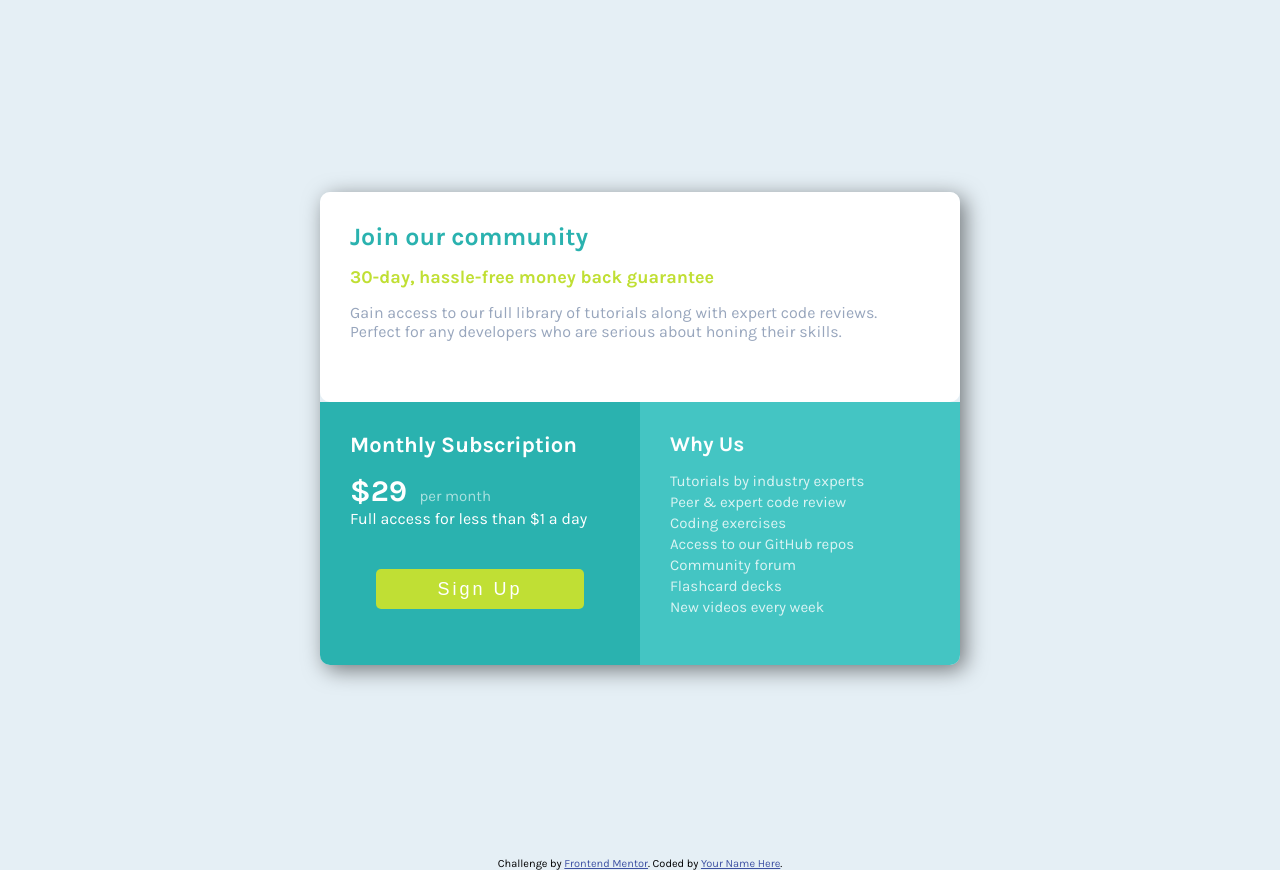
Repository: Pedrohamoura-Git/Frontend-Mentor-Challenges
Page: Newbie/single-price-grid-component-master/index.html
These files come from the project's save history. The page is drawn as it stood at one moment and after the next save; the edit follows.
The browser window is 1280 px wide. The pictures show the whole page.

Above is the page before, as saved 2021-05-31 16:01:11.

### Newbie/single-price-grid-component-master/index.html
<!DOCTYPE html>
<html lang="en">
<head>
  <meta charset="UTF-8">
  <meta name="viewport" content="width=device-width, initial-scale=1.0"> <!-- displays site properly based on user's device -->

  <link rel="stylesheet" href="css/style.css">
  <title>Frontend Mentor | Single Price Grid Component</title>

  <!-- Feel free to remove these styles or customise in your own stylesheet 👍 -->
  <style>
    .attribution { font-size: 11px; text-align: center; }
    .attribution a { color: hsl(228, 45%, 44%); }
  </style>
</head>
<body>
  <div id="wrapper">
    <header id="card1">
      <h1>Join our community</h1>
      <h2>30-day, hassle-free money back guarantee</h2>
      <p>Gain access to our full library of tutorials along with expert code reviews. Perfect for any developers who are serious about honing their skills.</p>
    </header>

    <div id="columns">
      <div id="card2">
        <h2>Monthly Subscription</h2>
        <h3 class="price">&dollar;29</h3>
        <span>per month</span>
        <p>Full access for less than &dollar;1 a day</p>

        <form action="#">
          <input type="submit" value="Sign Up" name="Sign Up" id="signup">
          </input>
        </form>
      </div>

      <div id="card3">
        <h2>Why Us</h2>
        <p>Tutorials by industry experts<br>
          Peer &amp; expert code review<br>
          Coding exercises<br>
          Access to our GitHub repos<br>
          Community forum<br>
          Flashcard decks<br>
          New videos every week</p>
      </div>
    </div>

  </div>








  <footer>
    <p class="attribution">
      Challenge by <a href="https://www.frontendmentor.io?ref=challenge" target="_blank">Frontend Mentor</a>.
      Coded by <a href="#">Your Name Here</a>.
    </p>
  </footer>
</body>
</html>

### Newbie/single-price-grid-component-master/css/style.css
/*
** Core Formatting
*/
    @import url('https://fonts.googleapis.com/css2?family=Karla:wght@400;700&display=swap');

    * {
        padding: 0;
        margin: 0;
        box-sizing: border-box;
    }

    html {
        font-size: 62.5%;
    }

    body {
        background-color: hsl(204, 43%, 93%);
        font-family: Karla;
    }


/*
** Mobile - Wrapper
*/
    #wrapper {
        border-radius: 1rem;
        box-shadow: 5px 5px 21px rgba(0, 0, 0, .5);
        display: grid;
        grid-template-rows: repeat(auto-fit, minmax(200px, 1fr));
        margin: 15% auto;
        width: 90%;

        /* border: 1px solid red; */
    }

    #card1, #card2, #card3 {
        padding: 1.5rem;
        min-height: 210px;
    }

    /*
    ** Card 1
    */
        #card1 {
            background-color: white;
            border-radius: 1rem;
        }

        #card1 h1 {
            color: hsl(179, 62%, 43%);
            font-size: 2.5rem;
            margin-bottom: 1.5rem;
        }

        #card1 h2 {
            color: hsl(71, 73%, 54%);
            font-size: 1.8rem;
            margin-bottom: 1.5rem;
        }

        #card1 p {
            margin-bottom: 1.5rem;
            color: hsl(218, 22%, 67%);
            font-size: 1.6rem;
            margin-bottom: 1.5rem;
        }



    /*
    ** Card 2
    */
        #card2 {
            color: white;
            background-color: hsl(179, 62%, 43%);
        }

        #card2 h2 {
            font-size: 2.2rem;
            margin-bottom: 1.5rem;
        }

        #card2 h3.price {
            display: inline;
            font-size: 3rem;
            font-weight: 700;
            margin-bottom: 1.5rem;
        }

        #card2 span {
            font-size: 1.5rem;
            margin-left: 1rem;
            margin-bottom: 1rem;
            opacity: 60%;
        }

        #card2 p {
            font-size: 1.6rem;
            margin-bottom: 1.5rem;
        }

        #card2 form input {
            background-color: hsl(71, 73%, 54%);
            border: none;
            border-radius: .5rem;
            color: white;
            font-size: 1.8rem;
            letter-spacing: .3rem;
            margin: 10%;
            width: 80%;
            height: 4rem;

        }

        #card2 input:hover, input:active {
            background-color: hsl(71, 93%, 62%);
            color: hsl(179, 62%, 43%);
        }





        #card3 {
            background-color: hsl(179, 53%, 52%);
            border-bottom-left-radius: 1rem;
            border-bottom-right-radius: 1rem;
            color: white;
        }

        #card3 h2 {
            font-size: 2.1rem;
            margin-bottom: 1.5rem;
        }

        #card3 p {
            font-size: 1.5rem;
            line-height: 2.1rem;
            opacity: 80%;
        }


    /*
    ** Tablets & Desktops
    */
        @media (min-width: 600px) {
            #wrapper {
                display: block;
                max-width: 640px;

                /* border: 1px solid red; */
            }

            #columns {
                display: grid;
                grid-template-columns: repeat(auto-fit, minmax(50%, 1fr));
            }

            #card1 {
                padding: 3rem;
            }

            #card2 {
                border-bottom-left-radius: 1rem;
                padding: 3rem;

            }

            #card3 {
                border-bottom-left-radius: 0;
                padding: 3rem;
            }

        }

After the next save:
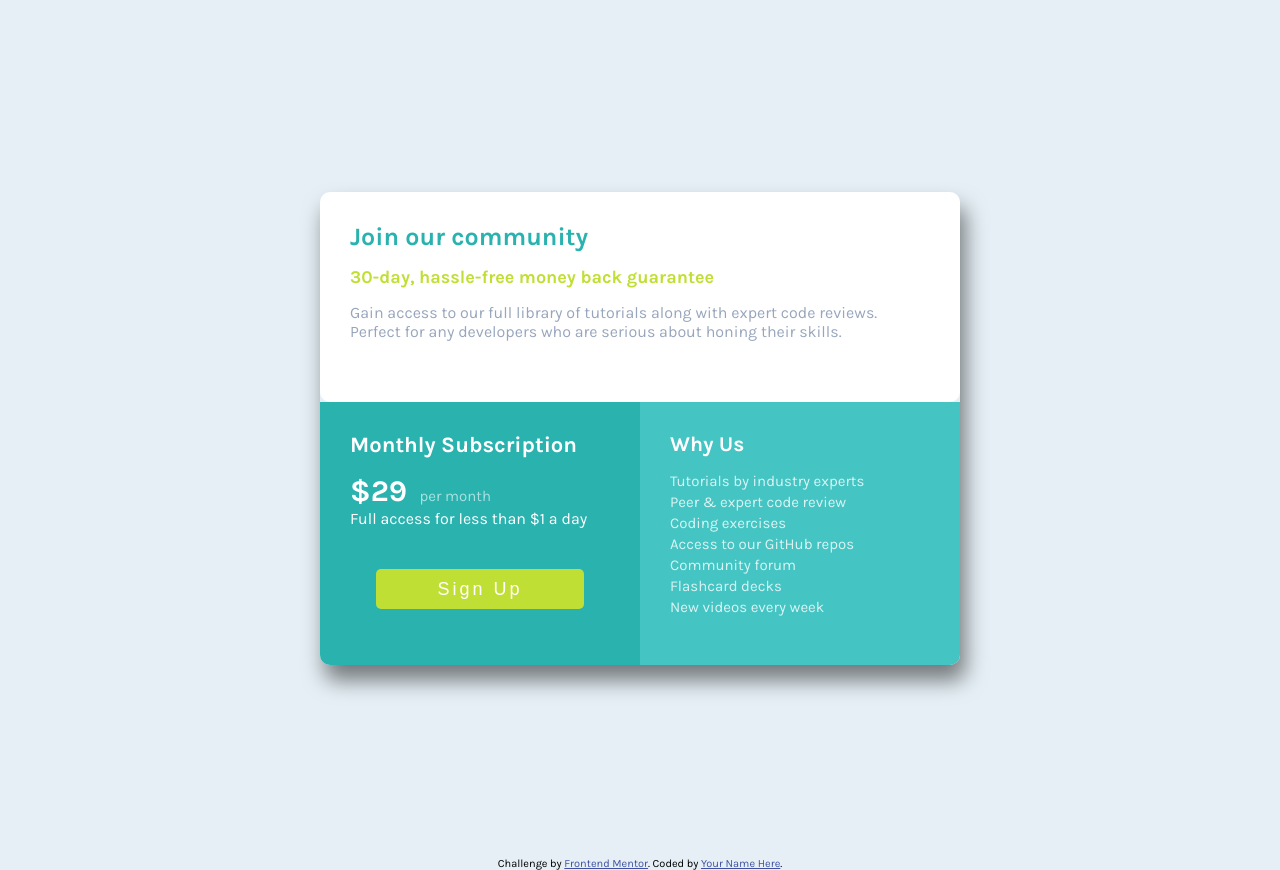
Saved 3 s later.
--- a/Newbie/single-price-grid-component-master/css/style.css
+++ b/Newbie/single-price-grid-component-master/css/style.css
@@ -24,7 +24,7 @@
 */
     #wrapper {
         border-radius: 1rem;
-        box-shadow: 5px 5px 21px rgba(0, 0, 0, .5);
+        box-shadow: 5px 15px 21px rgba(0, 0, 0, .5);
         display: grid;
         grid-template-rows: repeat(auto-fit, minmax(200px, 1fr));
         margin: 15% auto;
